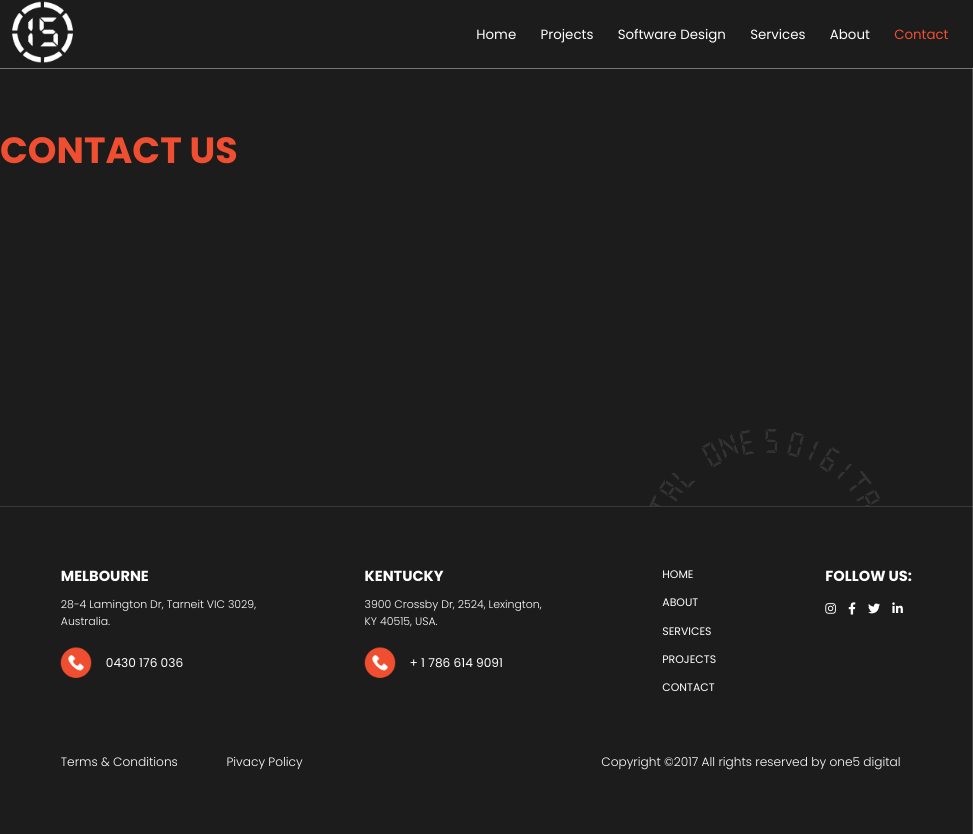
Repository: gopalpurohit54/one5
Page: /Contact
The author's editor kept a copy of each file at every save. The page is drawn from the files as they stood at one save, then again after the next save.
The browser window is 1280 px wide. The pictures show the whole page, at 76% of full size.
The project was rebuilt for these pictures with package versions that can differ from the ones it lists, and the page was loaded fresh each time. Also part of the build but not shown: src/components/Button.js, src/components/HeroSection.css, src/components/HeroSection.js, src/components/OurProjects.css, src/components/OurProjects.js, src/components/OurServices.js, src/components/AboutUs.css, src/components/AboutUs.js and 30 more.

Above is the page before, as saved 2021-06-22 13:43:07.

### src/index.css
@import url('https://fonts.googleapis.com/css2?family=Poppins:ital,wght@0,100;0,200;0,300;0,400;0,500;0,600;0,700;0,800;0,900;1,100;1,200;1,300;1,400;1,500;1,600;1,700;1,800;1,900&display=swap');

* {
  margin: 0;
  padding: 0;
  outline: none;
  font-family: 'Poppins', sans-serif;
  -webkit-font-smoothing: antialiased;
  -moz-osx-font-smoothing: grayscale;
}

code {
  font-family: source-code-pro, Menlo, Monaco, Consolas, 'Courier New',
    monospace;
}

.nav-item-active {
  color: #F04E31;
}

### src/components/App.js
import React from 'react';
import Header from '../components/Header';
import { BrowserRouter as Router, Switch, Route } from 'react-router-dom';
import './App.css';
import Home from '../components/Pages/Home';
import Footer from '../components/Footer';
import About from './Pages/About';
import Projects from './Pages/Projects';
import SoftwareDesign from './Pages/SoftwareDesign';
import Services from './Pages/Services';
import Contact from './Pages/Contact';

function App() {
  return (
    <Router>
      <Header />
      <Switch>
        <Route path='/' exact component= {Home} />
        <Route path='/About' exact component= {About} />
        <Route path='/Projects' exact component= {Projects} />
        <Route path='/SoftwareDesign' exact component= {SoftwareDesign} />
        <Route path='/Services' exact component= {Services} />
        <Route path='/Contact' exact component= {Contact} />
      </Switch>
      <Footer />
    </Router>
  );
}



export default App

### src/components/Header.js
import React, { useState, useEffect } from 'react';
import './Header.css';
import { NavLink } from 'react-router-dom';

function Header() {
    const [navbar, setHeader] = useState(false);

    const changeBackground = () => {
        console.log(window.scrollY)
    }

    window.addEventListener('scroll', changeBackground);

    return (
        <div className="header active">
            <div className="logo">
                <img src="./logo-white.png" />
            </div>
            <ul className="nav-items">
                <li className="nav-items"><NavLink exact to="/" className="nav-items" activeClassName="nav-item-active">Home</NavLink></li>
                <li className="nav-items"><NavLink exact to="/Projects" className="nav-items" activeClassName="nav-item-active">Projects</NavLink></li>
                <li className="nav-items"><NavLink exact to="/SoftwareDesign" className="nav-items" activeClassName="nav-item-active">Software Design</NavLink></li>
                <li className="nav-items"><NavLink exact to="/Services" className="nav-items" activeClassName="nav-item-active">Services</NavLink></li>
                <li className="nav-items"><NavLink exact to="/About" className="nav-items" activeClassName="nav-item-active">About</NavLink></li>
                <li className="nav-items"><NavLink exact to="/Contact" className="nav-items" activeClassName="nav-item-active">Contact</NavLink></li>
            </ul>
        </div>
    )
}

export default Header

### src/components/App.css

* {
    box-sizing: border-box;
    margin: 0;
    padding: 0;
    font-family: 'Poppins', sans-serif;
    /* background: #1c1c1c; */
  }

### src/components/Footer.js
import React from 'react';
import './Footer.css';
import { Link } from 'react-router-dom';

function Footer() {
    return (
        <div className="footer">
            <div className="footer-wrapper">
                <ul className="add-1">
                    <h6>MELBOURNE</h6>
                    <p>28-4 Lamington Dr, Tarneit VIC 3029, <br/> Australia.</p>
                    <div className="call"><img className="call-icon" src="./phone-icon.png" /> 0430 176 036 </div>
                </ul>
                <ul className="add-2">
                    <h6>KENTUCKY</h6>
                    <p>3900 Crossby Dr, 2524, Lexington, <br/> KY 40515, USA.</p>
                    <div className="call"><img className="call-icon" src="./phone-icon.png" /> + 1 786 614 9091 </div>
                </ul>
                <ul className="site-links">
                    <li><Link to="/" className="site-links">HOME</Link></li>
                    <li><Link to="/About" className="site-links">ABOUT</Link></li>
                    <li><Link to="/Services" className="site-links">SERVICES</Link></li>
                    <li><Link to="/Projects" className="site-links">PROJECTS</Link></li>
                    <li><Link to="/Contact" className="site-links">CONTACT</Link></li>
                </ul>
                <ul className="follow-us">
                    <h6>FOLLOW US:</h6>
                    <a className="social" href="#"><i class="fab fa-instagram"></i></a>
                    <a className="social" href="#"><i class="fab fa-facebook-f"></i></a>
                    <a className="social" href="#"><i class="fab fa-twitter"></i></a>
                    <a className="social" href="#"><i class="fab fa-linkedin-in"></i></a>
                </ul>
            </div>
            <div className="copyright">
                <div className="copy-left">
                    <p className="left-p1">Terms & Conditions</p>
                    <p className="left-p2">Pivacy Policy</p>
                </div>
                <div className="copy-right">
                    <p className="right-p">Copyright ©2017 All rights reserved by one5 digital</p>
                </div>
            </div>
        </div>
    )
}

export default Footer

### src/components/Pages/Contact.js
import React from 'react';
import '../App';
import ContactPage from '../ContactPage';

function Contact() {
    return (
            <React.Fragment>
                <ContactPage />
            </React.Fragment>
    )
}

export default Contact;

### src/components/Header.css
.header {
    background: transparent;
    color: white;
    display: flex;
    flex-direction: row;
    align-content: center;
    justify-content: space-between;
    align-items: center;
    padding: 1rem;
    position: sticky;
    top: 0;
    height: 90px;
}
.header.active {
    background: #1c1c1c;
}

.nav-items {
    display: flex;
    list-style: none;
    font-size:1.1rem;
    text-decoration: none;
    color: #fff;
}

li.nav-items{
    margin-bottom: 0;
}

li {
    padding-left: 1rem;
    padding-right: 1rem;
}

a.nav-items:hover {
    color: #F04E31;
    cursor: pointer;
}

.nav-item-active {
    color: #F04E31;
}

### src/components/Footer.css
.footer {
    padding: 5rem 5rem 1rem 5rem;
    background-color: #1c1c1c;
    height: 60vh;
    width: 100%;
    color: white;
}

.footer h6 {
    font-size: 1.2rem;
    line-height: 1.2;
    margin-bottom: 1rem;
}

.footer p {
    margin-bottom: 1.5rem;
    font-size: 1rem;
    line-height: 1.5;
    font-style: normal;
    font-weight: 300;
    padding-right: 15px;
}

.footer-wrapper {
    display: flex;
    flex: 1;
    flex-direction: row;
    align-content: center;
    justify-content: space-between;
    align-items: flex-start;
}

.add-1 p {
    font-size: 0.9rem;
}

.add-2 p {
    font-size: 0.9rem;
}

.call {
    display: flex;
    flex-direction: row;
    justify-content: flex-start;
    align-content: center;
    align-items: center;
}

.call:hover {
    color: #F04E31;
}

.follow-us p {
    font-size: 0.9rem;
}

i.fab.fa-instagram {
    padding: 0.5rem 0.5rem 0.5rem 0;
}

i.fab.fa-instagram:hover {
    color: #F04E31;
}

i.fab.fa-facebook-f {
    padding: 0.5rem;
}

i.fab.fa-facebook-f:hover {
    color: #F04E31;
}


i.fab.fa-twitter {
    padding: 0.5rem;
}

i.fab.fa-twitter:hover {
    color: #F04E31;
}


i.fab.fa-linkedin-in {
    padding: 0.5rem;
}

i.fab.fa-linkedin-in:hover {
    color: #F04E31;
}

img.call-icon {
    padding-right: 1.2rem;
}

.copyright {
    display: flex;
}

.copy-left {
    width: 50%;
    display: flex;
}

.copy-right {
    width: 50%;
}

p.left-p1 {
    margin-bottom: 0;
    padding-right: 4rem;
    line-height: 1;
    padding-top: 4rem;
}

p.left-p1:hover {
    color: #F04E31;
}

p.left-p2 {
    margin-bottom: 0;
    padding-right: 4rem;
    line-height: 1;
    padding-top: 4rem;
}

p.left-p2:hover {
    color: #F04E31;
}

p.right-p {
    margin-bottom: 0;
    line-height: 1;
    padding-top: 4rem;
    display: flex;
    justify-content: flex-end;
    align-content: center;
    align-items: center;
}

p.right-p:hover {
    color: #F04E31;
}

li {
    list-style: none;
    font-size: 0.9rem;
    margin-bottom: 1rem;
}

a.social{
    color: #fff;
}

.site-links {
    text-decoration: none;
    color: #fff;
}

.site-links:hover {
    color: #F04E31;
}

### src/components/ContactPage.js
import React from 'react';
import './ContactPage.css';

function ContactPage() {
    return (
        <div className="contactpage">
            <div className="con-left">
                <h1>CONTACT US</h1>
            </div>
            <div className="con-right">

            </div>
        </div>
    )
}

export default ContactPage

### src/components/OurServices.css
.our-services {
    padding: 5rem 5rem;
    height: 100vh;
    background-image: url('./assets/bg-white-mainpage.png');
}

.our-services h1 {
    margin-bottom: 2rem;
    font-size: 3rem;
    line-height: 1.2;
}

.our-services h6 {
    font-size: 1.2rem;
    line-height: 1.2;
    margin-bottom: 1rem;
}

p {
    margin-bottom: 1.5rem;
    font-size: 1rem;
    line-height: 1.5;
    font-style: normal;
    font-weight: 300;
    padding-right: 15px;
}

.service-wrapper {
    display: flex;
    flex: 1;
    margin-top: 3.5rem;
}

.service-1 p {
    font-size: 0.9rem;
}

.service-2 p {
    font-size: 0.9rem;
}

.service-3 p {
    font-size: 0.9rem;
}

.service-4 p {
    font-size: 0.9rem;
}

### src/components/Expertize.css
.expertize {
    padding: 5rem 5rem 5rem 0;
    height: 80vh;
    background-image: url('./assets/about-white.png');
    background-repeat: no-repeat;
    width: 100%;
    background-size: cover;
}

.expertize h1 {
    margin-bottom: 2rem;
    font-size: 3rem;
    line-height: 1.2;
    color: #000;
}

.expertize h6 {
    font-size: 1.2rem;
    line-height: 1.2;
    margin-bottom: 1rem;
    color: #000;
}

.expertize p {
    margin-bottom: 0.5rem;
    font-size: 1rem;
    line-height: 1.5;
    font-style: normal;
    font-weight: 300;
    padding-right: 15px;
    color: #000;
}

.exp-left{
    float: left;
    width: 50%;
}

.exp-right{
    float: right;
    width: 40%;
    align-content: flex-end;
}

.exp-img {
    height: 350px;
    margin-top: 2rem;
}

li.exp-items {
    color: #000;
    list-style: disc;
    font-size: 1rem;
}

::marker  {
    color: #F04E31;
}

### src/components/Solutions.css
.solutions {
    padding: 5rem 5rem;
    height: 100vh;
    background:#fff;
}

.solutions h1 {
    margin-bottom: 2rem;
    font-size: 3rem;
    line-height: 1.2;
}

.solutions h6 {
    font-size: 1.2rem;
    line-height: 1.2;
    margin-bottom: 1rem;
}

.solutions p {
    margin-bottom: 1.5rem;
    font-size: 1rem;
    line-height: 1.5;
    font-style: normal;
    font-weight: 300;
    padding-right: 15px;
}

.solution-wrapper {
    display: flex;
    flex: 1;
    margin-top: 3.5rem;
}

.solution-1 p {
    font-size: 0.9rem;
}

.solution-2 p {
    font-size: 0.9rem;
}

.solution-3 p {
    font-size: 0.9rem;
}

.solution-4 p {
    font-size: 0.9rem;
}

li.sol-items {
    color: #000;
    list-style: disc;
    font-size: 1rem;
}

::marker  {
    color: #F04E31;
}

ul.solution-1 {
    margin-right: 3rem;
    margin-left: 1rem;
}

ul.solution-2 {
    margin-right: 3rem;
}

ul.solution-3 {
    margin-right: 3rem;
}

### src/components/Benefits.css
.benefits {
    padding: 5rem 5rem;
    height: 100vh;
    background-image: url('./assets/ecombg.png');
    background-size: cover;
}

.benefits h1 {
    margin-bottom: 2rem;
    font-size: 3rem;
    line-height: 1.2;
    color: #fff;
}

.benefits h6 {
    font-size: 1.2rem;
    line-height: 1.2;
    margin-bottom: 1rem;
    margin-top: 1rem;
    color: #fff;
}

p {
    margin-bottom: 1.5rem;
    font-size: 1rem;
    line-height: 1.5;
    font-style: normal;
    font-weight: 300;
    padding-right: 15px;
    color: #fff;
}

.benefit-wrapper {
    display: flex;
    flex: 1;
    margin-top: 3.5rem;
}

.benefit-1 p {
    font-size: 0.9rem;
}

.benefit-2 p {
    font-size: 0.9rem;
}

.benefit-3 p {
    font-size: 0.9rem;
}

.benefit-4 p {
    font-size: 0.9rem;
}

.benefit-1, .benefit-2, .benefit-3, .benefit-4 {
    background-image: url(./assets/Ellipse-bg.png);
    background-size: cover;
    height: 260px;
    width: 260px;
    margin: 1rem;
    display: flex;
    flex-direction: column;
    align-content: center;
    justify-content: center;
    align-items: center;
    text-align: center;
}

.bene-desc {
    display: none;
}

h6.bene-hover {
    color: #F04E31;
    text-align: center;
}

p.hover-desc {
    font-size: 0.7rem;
    text-align: center;
}

.benefit-1:hover .bene-desc{
    display: block;
}

.benefit-1:hover .bene-visible{
    display: none;
}

.benefit-2:hover .bene-desc{
    display: block;
}

.benefit-2:hover .bene-visible{
    display: none;
}

.benefit-3:hover .bene-desc{
    display: block;
}

.benefit-3:hover .bene-visible{
    display: none;
}

.benefit-4:hover .bene-desc{
    display: block;
}

.benefit-4:hover .bene-visible{
    display: none;
}

### src/components/ContactPage.css
.contactpage {
    padding: 5rem 5rem 5rem 0;
    height: 80vh;
    background-image: url('./assets/contact-bg.png');
    background-repeat: no-repeat;
    width: 100%;
    background-size: cover;
}

.contactpage h1 {
    margin-bottom: 2rem;
    font-size: 3rem;
    line-height: 1.2;
    color: #F04E31;
}

.contactpage h6 {
    font-size: 1.2rem;
    line-height: 1.2;
    margin-bottom: 1rem;
    color: #fff;
}

.contactpage p {
    margin-bottom: 0.5rem;
    font-size: 1rem;
    line-height: 1.5;
    font-style: normal;
    font-weight: 300;
    padding-right: 15px;
    color: #fff;
}

.con-left{
    float: left;
    width: 50%;
}

.con-right{
    float: right;
    width: 40%;
}

### src/components/Button.css
:root {
    --primary: #F04E31;
}

.btn {
    padding: 8px 20px;
    border-radius: 30px;
    outline: none;
    border: none;
    cursor: pointer;
}

.btn--primary {
    background-color: var(--primary);
    color: #fff;
    border: 1px solid var(--primary);
}

.btn--outline {
    background-color: transparent;
    color: #F04E31;
    padding: 8px 20px;
    border: 1px solid var(--primary);
    transition: all 0.3s ease-out;
}


.btn--white {
    background-color: transparent;
    color: #fff;
    padding: 8px 20px;
    border: 1px solid #fff;
    transition: all 0.3s ease-out;
}

.btn--white:hover {
    background-color: #fff;
    color: #F04E31;
    transition: all 0.3s ease-out;
}

.btn--medium {
    padding: 8px 20px;
    font-size: 16px;
}

.btn--large {
    padding: 12px 26px;
    font-size: 16px;
}

.btn--medium:hover, .btn--large:hover {
    background: transparent;
    color: #F04E31;
    transition: all 0.3s ease-out;
}


.btn--outline:hover {
    background-color: #F04E31;
    color: #fff;
}

Loaded but not shown: public/index.html (common file); src/index.js (common file); src/reportWebVitals.js (common file)

After the next save:
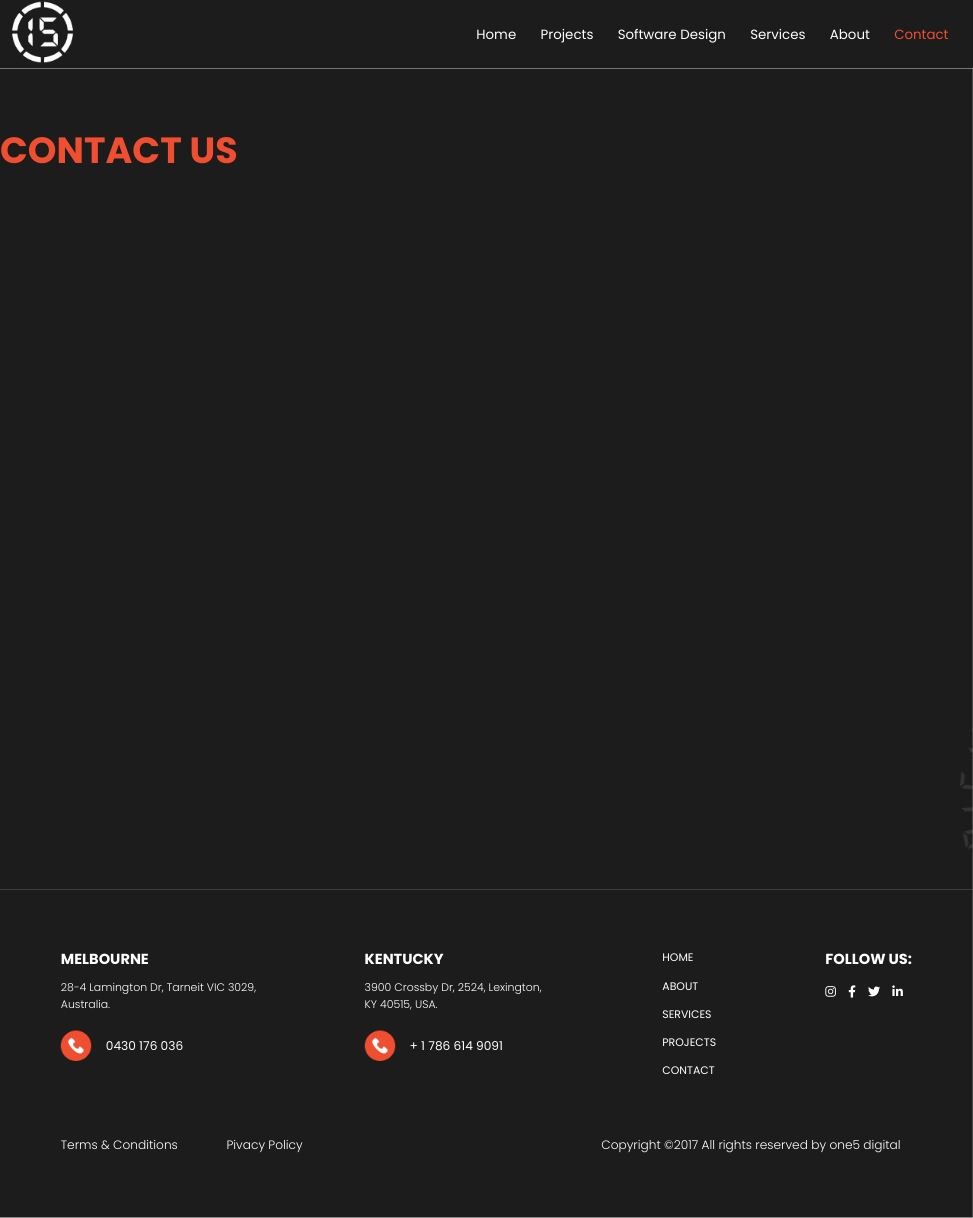
Saved 16 s later.
--- a/src/components/ContactPage.css
+++ b/src/components/ContactPage.css
@@ -1,6 +1,6 @@
 .contactpage {
     padding: 5rem 5rem 5rem 0;
-    height: 80vh;
+    height: 150vh;
     background-image: url('./assets/contact-bg.png');
     background-repeat: no-repeat;
     width: 100%;
